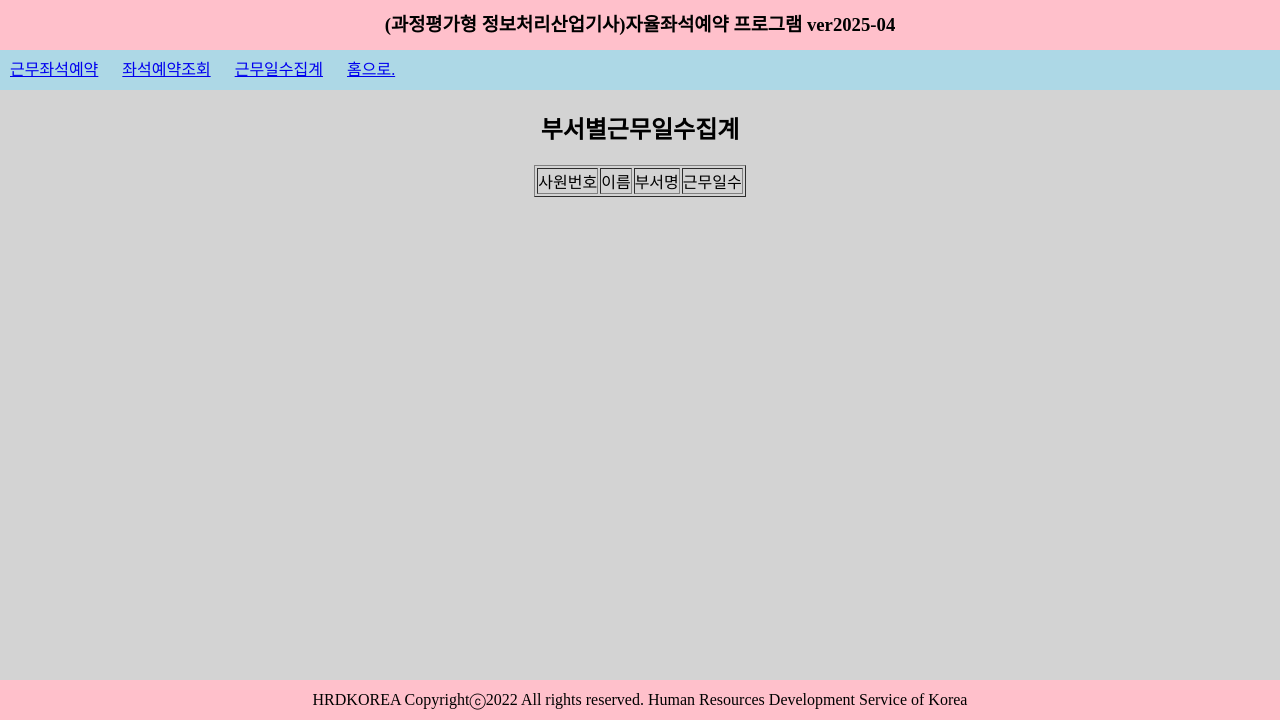
Repository: seowonjong/proje-ct
Page: http://localhost/seat/count.jsp
These files come from the project's save history. The page is drawn as it stood at one moment and after the next save; the edit follows.
The browser window is 1280 px wide. The pictures show the whole page.
The page is served by Tomcat 9. Queries for data that is not in the repository find no rows.

Above is the page before, as saved 2025-08-25 01:31:22.

### seat/src/main/webapp/count.jsp
<%@page import="java.sql.ResultSet"%>
<%@page import="java.sql.PreparedStatement"%>
<%@ page language="java" contentType="text/html; charset=UTF-8"
    pageEncoding="UTF-8"%>
    <%@include file="db.jsp" %>
<!DOCTYPE html>
<html>
<head>
<meta charset="UTF-8">
<title>근무일수집계</title>
<style>
	*{
		margin: 0;
		padding: 0;
	}

	section{
		width: 100%;
		height: calc(100vh - 130px);
		background-color: lightgray;

	}

	section h2{
		padding: 20px;
		text-align: center;
	}
	section div{
		display: flex;
		justify-content: center;
	}
	table td{
		text-align: center;
	}

</style>
</head>
<body>
<jsp:include page="header.jsp"></jsp:include>
	<jsp:include page="nav.jsp"></jsp:include>
	<section>
		<h2> 부서별근무일수집계 </h2>
		<div>
			<table border="1">
				<tr>
					<td>사원번호</td>
					<td>이름</td>
					<td>부서명</td>
					<td>근무일수</td>
				</tr>

			<%
				PreparedStatement pstmt = null;
				ResultSet rs = null;
				String deptname = "";
				try{
					String sql = "select em.empno, em.empname, em.deptcode, count(re.resvdate) as countday " +
							"from tbl_emp_2504 em, tbl_resv_2504 re " +
							"where em.empno = re.empno " +
							"group by em.empno, em.empname, em.deptcode " +
							"order by em.deptcode";
					pstmt = con.prepareStatement(sql);

					rs = pstmt.executeQuery();
					while(rs.next()){
						String deptcode = rs.getString("deptcode");
						switch(deptcode){
						case "10":
							deptname = "영업팀";
							break;
						case "20":
							deptname = "총무팀";
							break;
						case "30":
							deptname="구매팀";
							break;
						}
					%>
					<tr>
						<td><%=rs.getString(1) %></td>
					<td><%=rs.getString(2) %></td>
					<td><%=deptname %></td>
					<td><%=rs.getString(4) %></td>
					</tr>
					<%
					}
					}catch(Exception e){
					e.printStackTrace();
				}

			%>
			</table>

		</div>

	</section>
	<jsp:include page="footer.jsp"></jsp:include>
</body>
</html>

### seat/src/main/webapp/db.jsp
<%@page import="java.sql.DriverManager"%>
<%@page import="java.sql.Connection"%>
<%@ page language="java" contentType="text/html; charset=UTF-8"
    pageEncoding="UTF-8"%>
<%
	Class.forName("oracle.jdbc.OracleDriver");
	Connection con = DriverManager.getConnection("jdbc:oracle:thin:@//localhost:1521/xe", "system", "1234");
%>

### seat/src/main/webapp/header.jsp
<%@ page language="java" contentType="text/html; charset=UTF-8"
    pageEncoding="UTF-8"%>
<!DOCTYPE html>
<html>
<head>
<meta charset="UTF-8">
<title>header</title>
<style>
header{
		width: 100%;
		height: 50px;
		background-color: pink;
		text-align: center;
		line-height: 50px;
	}
</style>
</head>
<body>
<header>
		<h3>(과정평가형 정보처리산업기사)자율좌석예약 프로그램 ver2025-04</h3>
	</header>
</body>
</html>

### seat/src/main/webapp/nav.jsp
<%@ page language="java" contentType="text/html; charset=UTF-8"
    pageEncoding="UTF-8"%>
<!DOCTYPE html>
<html>
<head>
<meta charset="UTF-8">
<title>nav</title>
<style>
nav{
		width: 100%;
		height: 40px;
		background-color: lightblue;
		line-height: 40px;
	}
	nav a{
		padding : 0 10px;
	}
</style>
</head>
<body>
<nav>
		<a href="insert.jsp">근무좌석예약</a>
		<a href="slist.jsp">좌석예약조회</a>
		<a href="count.jsp">근무일수집계</a>
		<a href="index.jsp">홈으로.</a>
	</nav>
</body>
</html>

### seat/src/main/webapp/footer.jsp
<%@ page language="java" contentType="text/html; charset=UTF-8"
    pageEncoding="UTF-8"%>
<!DOCTYPE html>
<html>
<head>
<meta charset="UTF-8">
<title>footer</title>
<style>
footer{
		width: 100%;
		height: 40px;
		background-color: pink;
		text-align: center;
		line-height: 40px;
	}
</style>
</head>
<body>
<footer>HRDKOREA Copyrightⓒ2022 All rights reserved. Human Resources Development Service of Korea</footer>
</body>
</html>

After the next save:
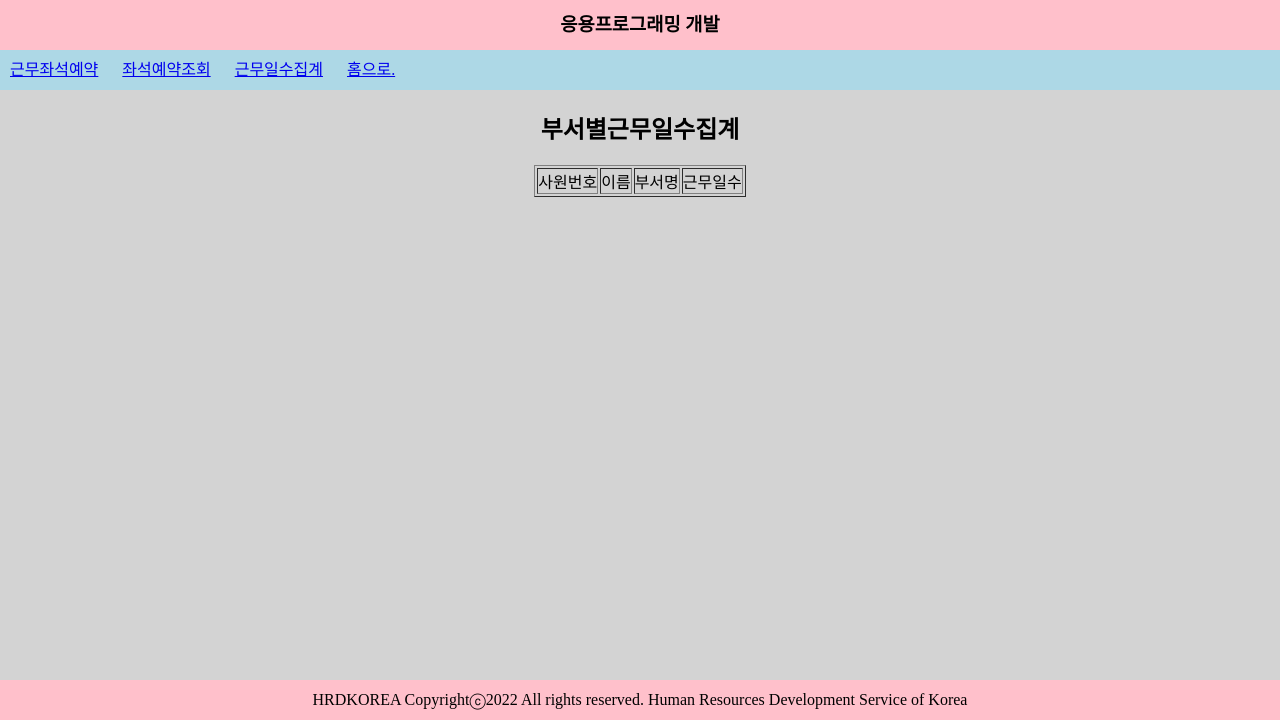
Saved 4 min 47 s later.
--- a/seat/src/main/webapp/header.jsp
+++ b/seat/src/main/webapp/header.jsp
@@ -17,7 +17,7 @@
 </head>
 <body>
 <header>
-		<h3>(과정평가형 정보처리산업기사)자율좌석예약 프로그램 ver2025-04</h3>
+		<h3>응용프로그래밍 개발</h3>
 	</header>
 </body>
 </html>
